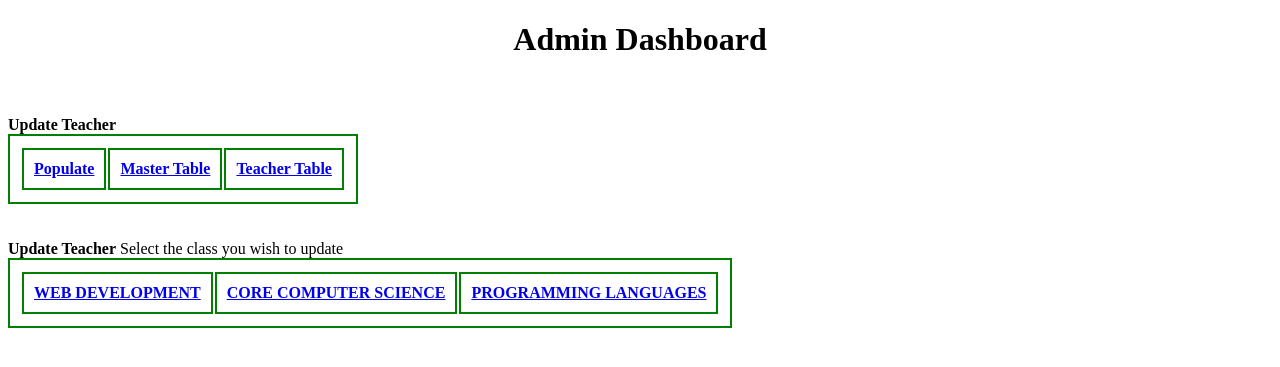
Repository: PrassanAchhaiyya/LearnersAcademy
Page: LearnersAcademy/src/main/webapp/index.html
An editor plug-in stored every save of this project. The page is shown before and after the next save, followed by the edit.
The browser window is 1280 px wide. The pictures show the whole page.

Above is the page before, as saved 2022-04-27 21:09:31.

### LearnersAcademy/src/main/webapp/index.html
<!DOCTYPE html>
<html>
<head>
<meta charset="ISO-8859-1">
<title>Admin Page</title>
<style> table,td,th{border:2px solid green;padding:10px;}</style>
</head>
<body>
<h1 align="center">Admin Dashboard</h1>
<br>
<br>
<b>Update Teacher</b>
<br>
<table>
<tr>
<th><a href="populate" >Populate</a></th>
<th><a href="read-master-table">Master Table</a></th>
<th><a href="read-teacher-table">Teacher Table</a></th>
</tr>
</table>
<br><br>
<b>Update Teacher</b>
Select the class you wish to update
<br>
<table>
<tr>
<th><a href="Web.html">WEB DEVELOPMENT</a></th>
<th><a href="Core.html">CORE COMPUTER SCIENCE</a></th>
<th><a href="prog.html">PROGRAMMING LANGUAGES</a></th>
</tr>
</table>


</body>
</html>

After the next save:
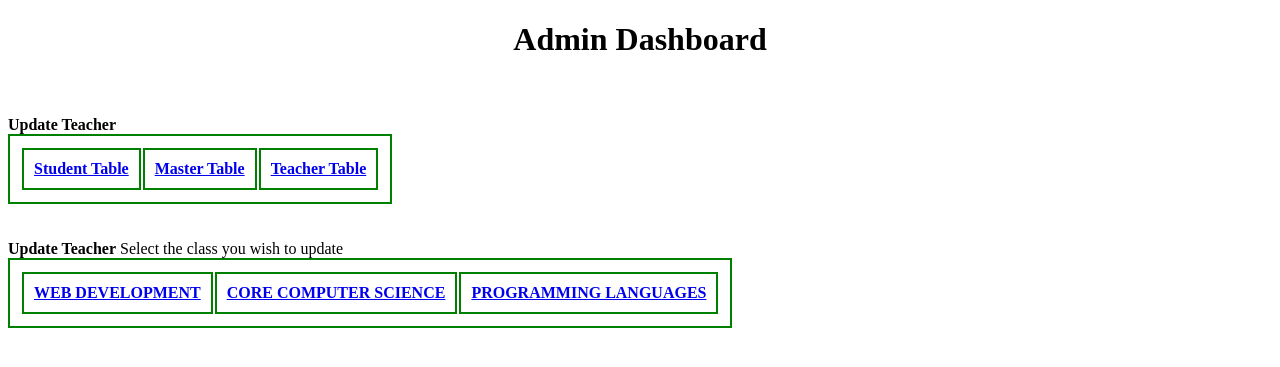
Saved 5 min 10 s later.
--- a/LearnersAcademy/src/main/webapp/index.html
+++ b/LearnersAcademy/src/main/webapp/index.html
@@ -13,7 +13,7 @@
 <br>
 <table>
 <tr>
-<th><a href="populate" >Populate</a></th>
+<th><a href="read-student-table" >Student Table</a></th>
 <th><a href="read-master-table">Master Table</a></th>
 <th><a href="read-teacher-table">Teacher Table</a></th>
 </tr>
